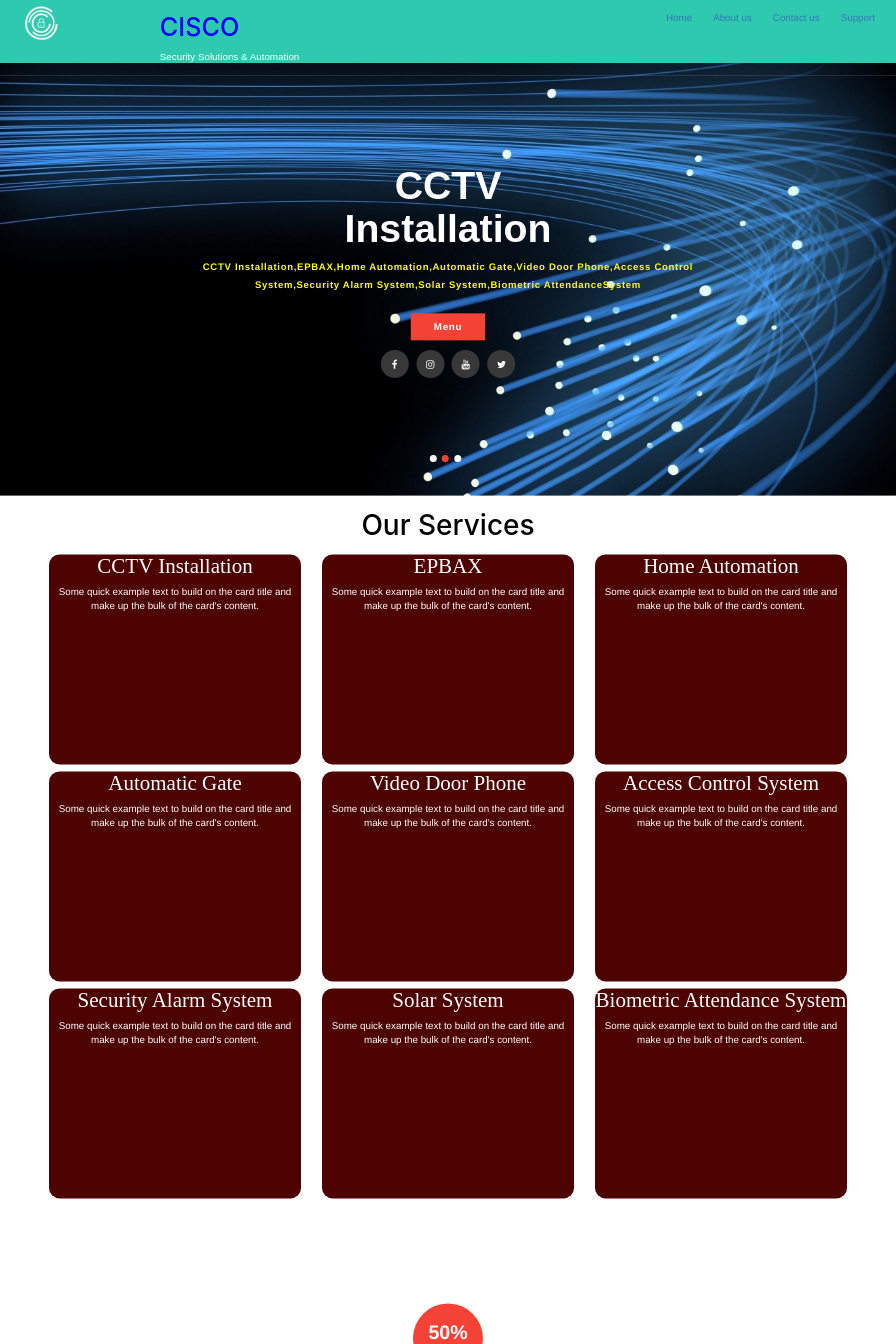
Repository: Nuhman123/Cisco
Page: index.html
The author's editor kept a copy of each file at every save. The page is drawn from the files as they stood at one save, then again after a run of saves.
The browser window is 1280 px wide. The pictures show the part of the page from y = 0 to 1920 px (the page is 3132 px tall), at 70% of full size.
Some web libraries are served in a nearby version.

Above is the page before, as saved 2021-04-09 10:31:57.

After the next 2 saves:
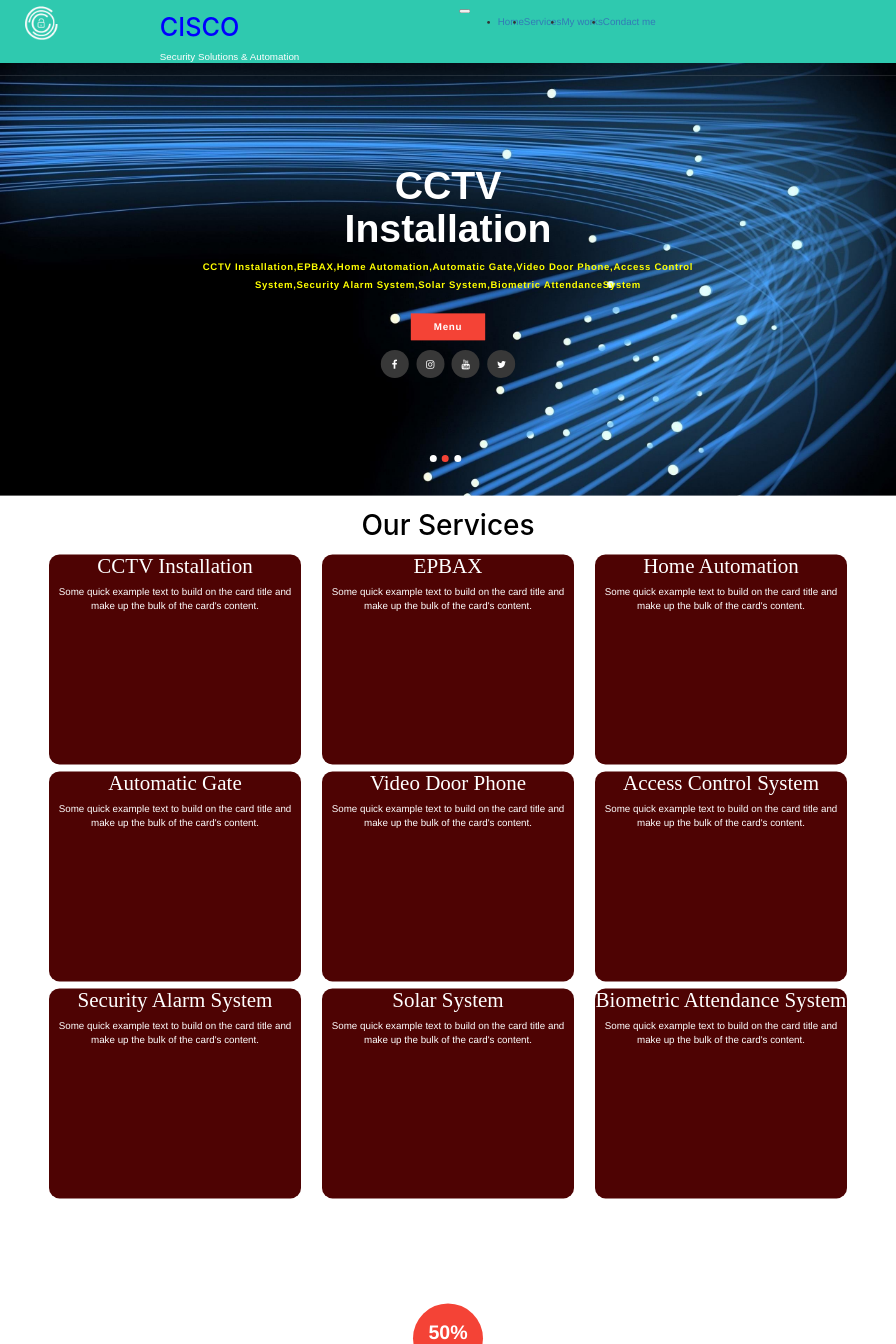
The 2 saves are shown as one change because they came seconds apart.
The last was saved 2 min 28 s later.
--- a/index.html
+++ b/index.html
@@ -71,23 +71,31 @@
 			<h1>CISCO</h1>
 			<p>Security Solutions & Automation</p>
 		</div>
-	    	<div class="container-fluid">
-	    		<div class="navbar-header">
-	    			 <button type="button" class="navbar-toggle collapsed" data-toggle="collapse" data-target="#collapibleMenu" style="color:white;">
-				        <span class="icon-bar" style="color: white;"></span>
-				        <span class="icon-bar"></span>
-				        <span class="icon-bar"></span>
-				      </button>
-	    		</div>
-	    		<div class="collapse navbar-collapse" id="collapibleMenu">
-	    			<ul class="nav navbar-nav navbar-right">
-				        <li><a href="#">Home</a></li>
-				        <li><a href="#">About us</a></li>
-				        <li><a href="#">Contact us</a></li>
-				        <li><a href="#">Support</a></li>
-				    </ul>
-	    		</div>
-	    	</div>
+		<div class="col-md-6 col-3 my-outo">
+			<nav class="navbar navbar-expand-lg navbar-light ">
+				<button class="navbar-toggler ml-auto" type="button" data-toggle="collapse" data-target="#navbarSupportedContent" aria-controls="navbarSupportedContent" aria-expanded="false" aria-label="Toggle navigation">
+				  <span class="navbar-toggler-icon"></span>
+				</button>
+
+				<div class="collapse navbar-collapse" id="navbarSupportedContent">
+				  <ul class="navbar-nav ml-auto">
+					<li class="nav-item active">
+					  <a class="nav-link text-white" href="#Home-section">Home <span class="sr-only">(current)</span></a>
+					</li>
+					<li class="nav-item">
+					  <a class="nav-link text-white" href="#Services-section">Services</a>
+					</li>
+					<li class="nav-item">
+						<a class="nav-link text-white" href="#My works-section">My works</a>
+					  </li>
+					  <li class="nav-item">
+						<a class="nav-link text-white" href="#Condact me-section">Condact me</a>
+					  </li>
+				  </ul>
+
+				</div>
+			  </nav>
+		</div>
 	</header>
 	<!-- banner -->
 	<div class="banner">
